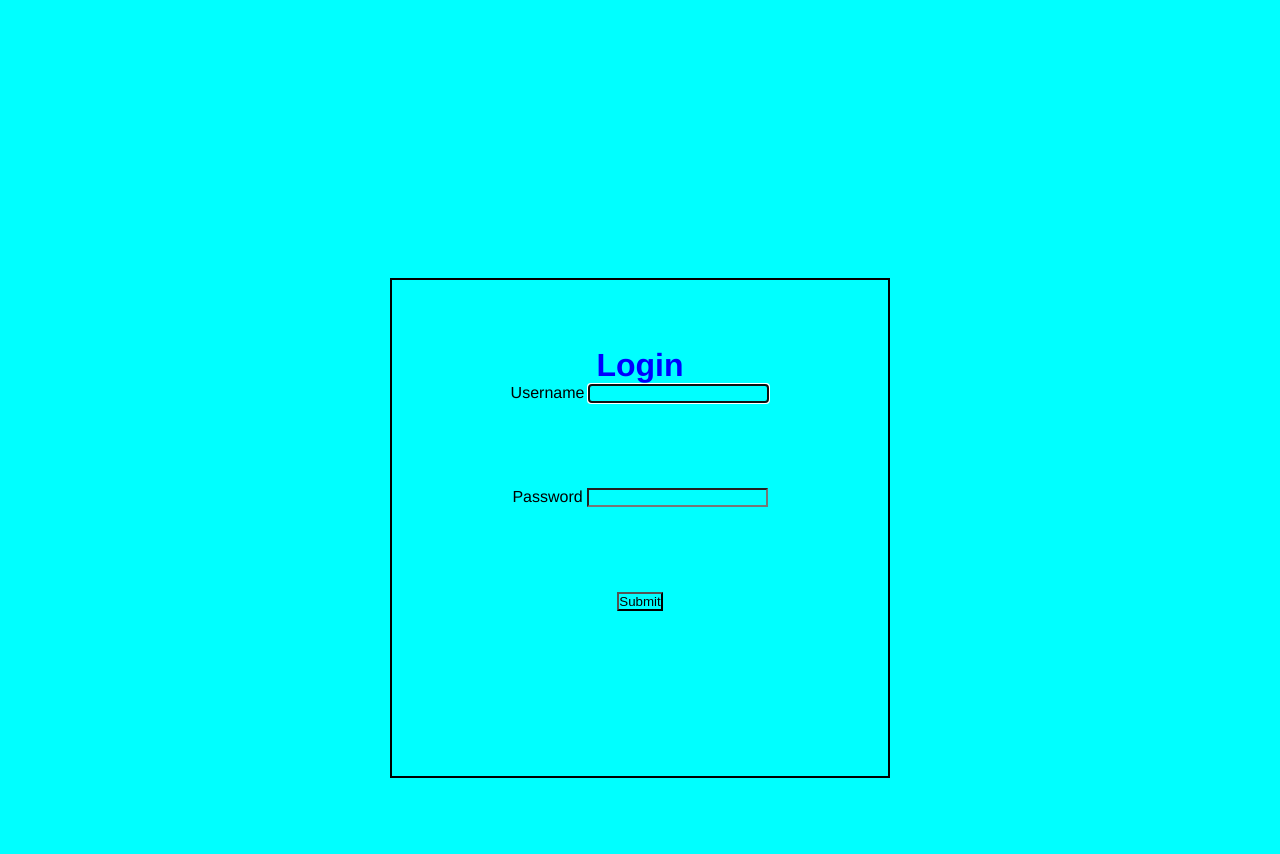
Repository: shreyajadhav13/TP_RP_05
Page: intermediate/form.html
An editor plug-in stored every save of this project. The page is shown before and after the next save, followed by the edit.
The browser window is 1280 px wide. The pictures show the whole page.

Above is the page before, as saved 2024-06-20 14:46:24.

After the next save:
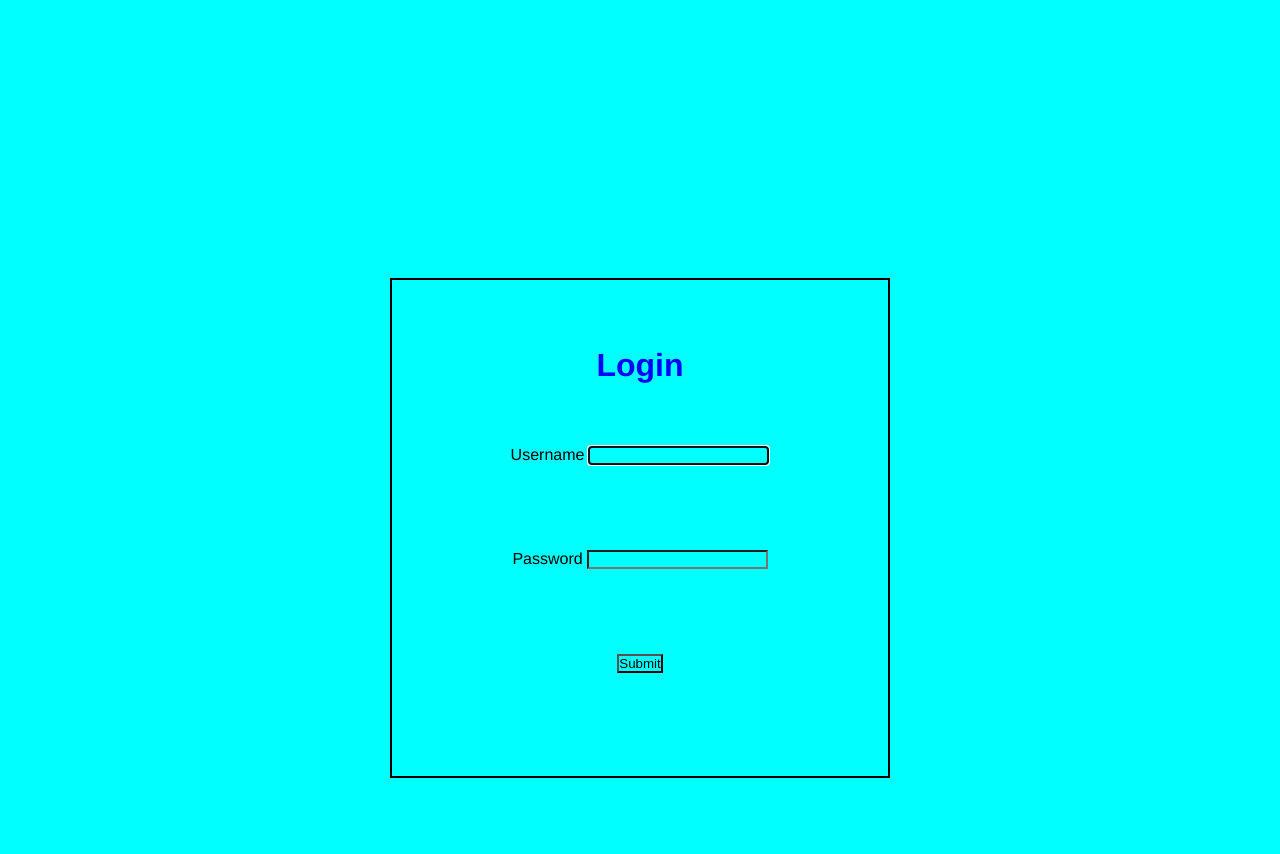
Saved 65 s later.
--- a/intermediate/assets/style.css
+++ b/intermediate/assets/style.css
@@ -33,7 +33,7 @@
 .form-input{
 
     box-shadow: 0px 0px 0px 0px black;
-    margin: 0px 0px 0px 0px;
+    margin: 62px 0px 0px 0px;
 }
 
 button:hover {
